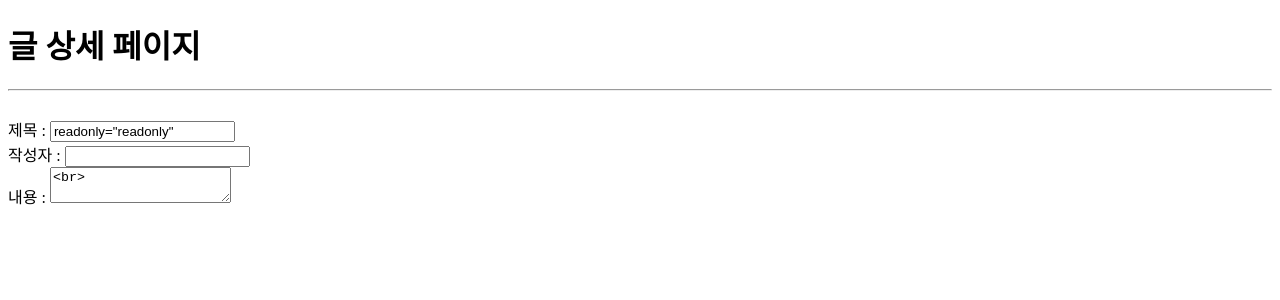
Repository: yangone8249/jsp_project
Page: http://localhost/yang_project/board/BoardDetail.jsp
An editor plug-in stored every save of this project. The page is shown before and after the next save, followed by the edit.
The browser window is 1280 px wide. The pictures show the whole page.
The page is served by Tomcat 9.

Above is the page before, as saved 2023-05-26 05:43:00.

After the next save:
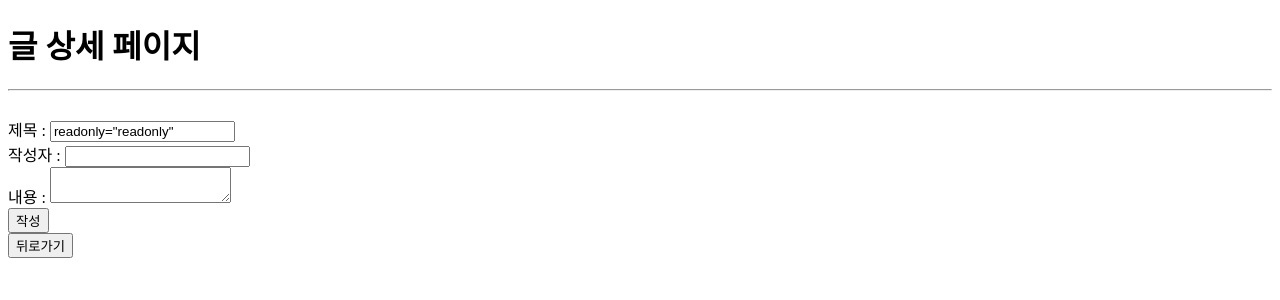
Saved 9 s later.
--- a/yang_project/yang_project/src/main/webapp/board/BoardDetail.jsp
+++ b/yang_project/yang_project/src/main/webapp/board/BoardDetail.jsp
@@ -12,7 +12,7 @@
 		<form action="/brd/update" method="post">
 		제목 : <input type="text" name="title" value=${title } readonly="readonly" }/><br>
 		작성자 : <input type="text" name="writer" value="${writer }" readonly="readonly"/><br>
-		내용 : <textarea name="content" value="${content }" readonly="readonly"/><br>
+		내용 : <textarea name="content" value="${content }" readonly="readonly"></textarea><br>
 		<button type="submit">작성</button>
 		</form>
 		<a href="/"><button type="button">뒤로가기</button></a>
